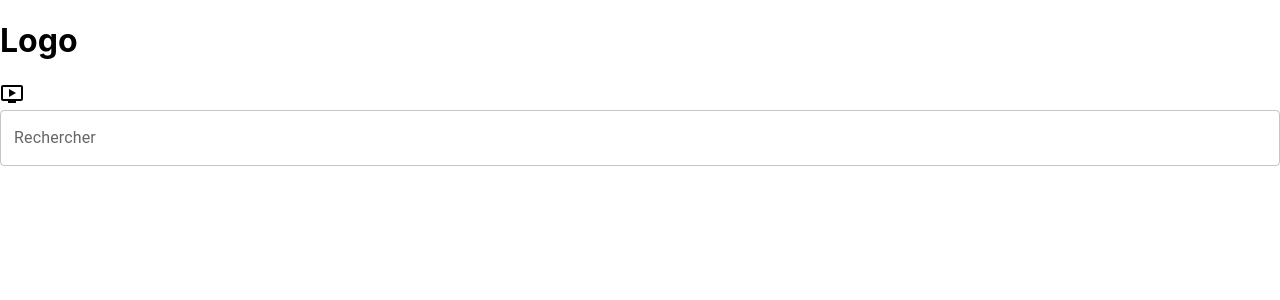
Repository: helmiz02/newproj
Page: /
The author's editor kept a copy of each file at every save. The page is drawn from the files as they stood at one save, then again after the next save.
The browser window is 1280 px wide. The pictures show the whole page.
The project was rebuilt for these pictures with package versions that can differ from the ones it lists, and the page was loaded fresh each time. Also part of the build but not shown: src/App.css.

Above is the page before, as saved 2022-02-21 10:01:27.

After the next save:
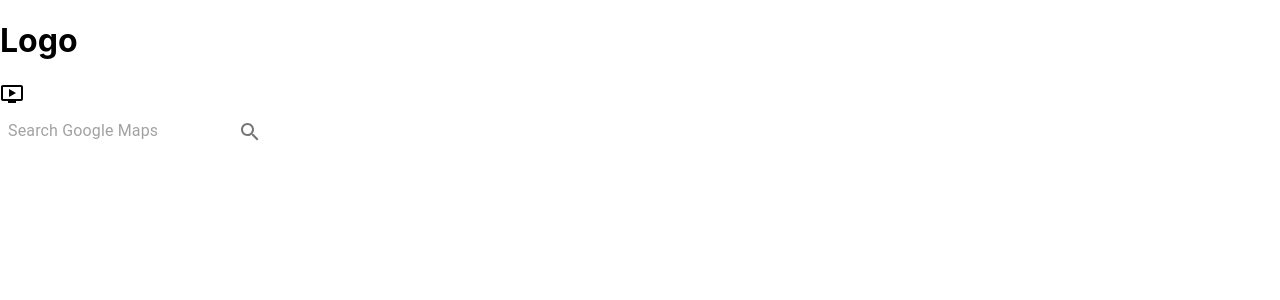
Saved 2 min 16 s later.
--- a/src/component/header/index.js
+++ b/src/component/header/index.js
@@ -1,5 +1,6 @@
 import OndemandVideoIcon from "@mui/icons-material/OndemandVideo";
-import { TextField } from "@mui/material";
+import SearchIcon from "@mui/icons-material/Search";
+import { IconButton, InputBase, TextField } from "@mui/material";
 
 export default function Header() {
   return (
@@ -10,7 +11,15 @@ export default function Header() {
       </div>
 
       <div>
-      <TextField fullWidth label="Rechercher" id="Rechercher" />
+      {/* <TextField fullWidth label="Rechercher" id="Rechercher" /> */}
+      <InputBase
+        sx={{ ml: 1, flex: 1 }}
+        placeholder="Search Google Maps"
+        inputProps={{ 'aria-label': 'search google maps' }}
+      />
+      <IconButton type="submit" sx={{ p: '10px' }} aria-label="search">
+        <SearchIcon />
+      </IconButton>
       </div>
     </div>
   );
